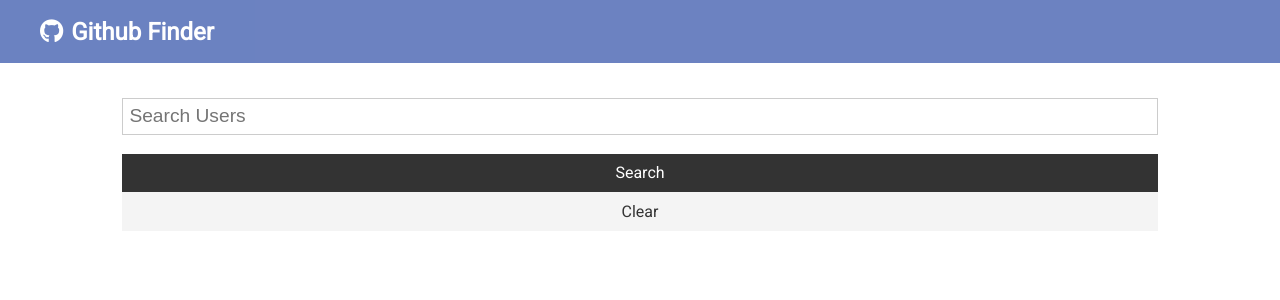
Repository: nuvallo/Github-Finder-Application
Page: / (app in app/)
The author's editor kept a copy of each file at every save. The page is drawn from the files as they stood at one save, then again after the next save.
The browser window is 1280 px wide. The pictures show the whole page.
Some web libraries are served in a nearby version. The project was rebuilt for these pictures with package versions that can differ from the ones it lists, and the page was loaded fresh each time. Also part of the build but not shown: app/src/components/users/UserItem.js, app/src/components/layout/Spinner.js.

Above is the page before, as saved 2020-03-20 21:13:24.

After the next save:
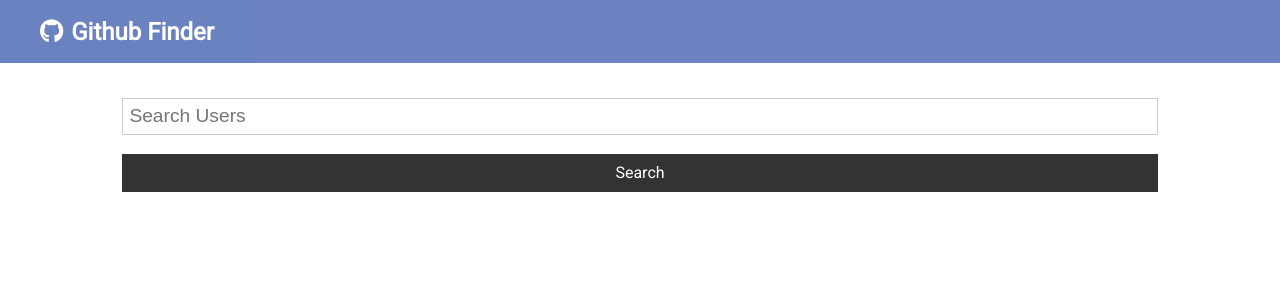
Saved 52 s later.
--- a/app/src/components/users/Search.js
+++ b/app/src/components/users/Search.js
@@ -39,14 +39,16 @@ class Search extends Component {
             Search
           </button>
         </form>
-        <button
-          type="submit"
-          value="Search"
-          className="btn btn-light btn-block"
-          onClick={this.props.clearUsers}
-        >
-          Clear
-        </button>
+        {this.props.showClear && (
+          <button
+            type="submit"
+            value="Search"
+            className="btn btn-light btn-block"
+            onClick={this.props.clearUsers}
+          >
+            Clear
+          </button>
+        )}
       </div>
     );
   }
